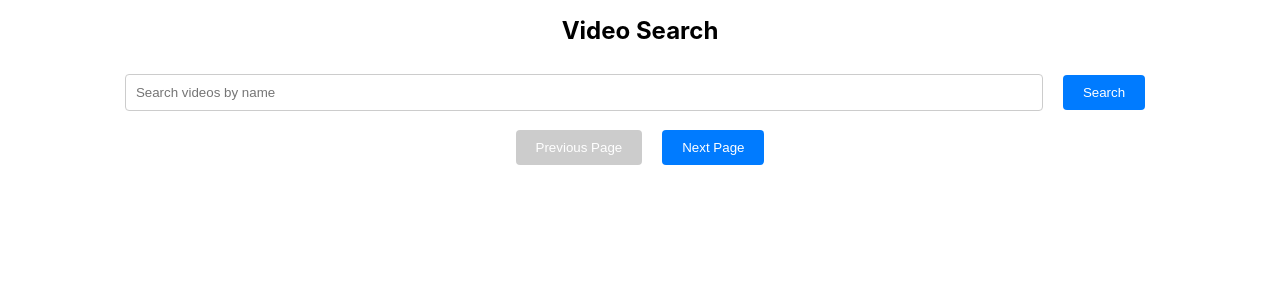
Repository: LolaSL/video-search
Page: /
The author's editor kept a copy of each file at every save. The page is drawn from the files as they stood at one save, then again after the next save.
The browser window is 1280 px wide. The pictures show the whole page.
The project was rebuilt for these pictures with package versions that can differ from the ones it lists, and the page was loaded fresh each time.

Above is the page before, as saved 2023-08-12 13:07:59.

After the next save:
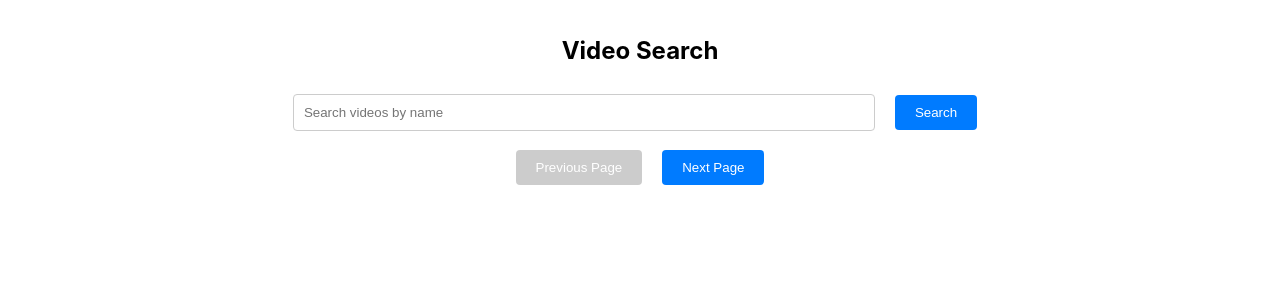
Saved 4 s later.
--- a/src/App.js
+++ b/src/App.js
@@ -4,7 +4,7 @@ import VideoSearch from './VideoSearch';
 
 function App() {
   return (
-    <div className="App contac">
+    <div className="App container">
       <VideoSearch />
     </div>
   );
